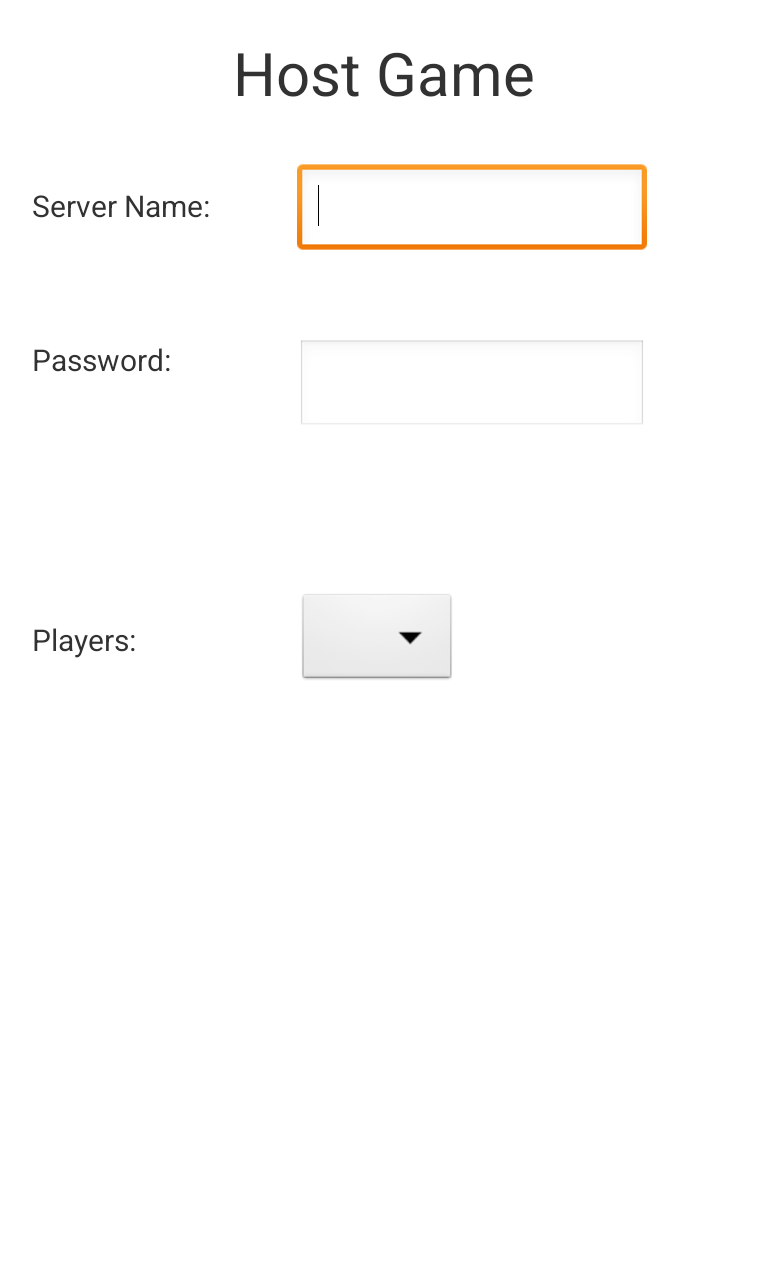
Repository: mfischetti/LaserAppRepository
Layout: workspace/Laser/res/layout/activity_host.xml
The author's editor kept a copy of each file at every save. The layout is drawn from the files as they stood at one save, then again after the next save.
It is drawn on a 768 x 1280 px phone screen (xhdpi) without system bars, with theme AppTheme; the app's code is not run.

Above is the layout before, as saved 2013-10-01 17:00:21.

### workspace/Laser/res/layout/activity_host.xml
<RelativeLayout xmlns:android="http://schemas.android.com/apk/res/android"
    xmlns:tools="http://schemas.android.com/tools"
    android:layout_width="match_parent"
    android:layout_height="match_parent"
    android:paddingBottom="@dimen/activity_vertical_margin"
    android:paddingLeft="@dimen/activity_horizontal_margin"
    android:paddingRight="@dimen/activity_horizontal_margin"
    android:paddingTop="@dimen/activity_vertical_margin"
    tools:context=".HostActivity" >

    <TextView
        android:id="@+id/title"
        android:layout_width="wrap_content"
        android:layout_height="wrap_content"
        android:layout_alignParentTop="true"
        android:layout_centerHorizontal="true"
        android:text="Host Game"
        android:textSize="30sp" />

    <TextView
        android:id="@+id/servername"
        android:layout_width="wrap_content"
        android:layout_height="wrap_content"
        android:layout_below="@+id/title"
        android:layout_marginTop="36dp"
        android:text="Server Name:"
        android:textSize="15sp" />

    <EditText
        android:id="@+id/name1"
        android:layout_width="wrap_content"
        android:layout_height="wrap_content"
        android:layout_alignBaseline="@+id/servername"
        android:layout_alignBottom="@+id/servername"
        android:layout_marginLeft="43dp"
        android:layout_toRightOf="@+id/servername"
        android:ems="10"
        android:textSize="15sp" >

        <requestFocus />
    </EditText>

    <Spinner
        android:id="@+id/players"
        android:layout_width="wrap_content"
        android:layout_height="50sp"
        android:layout_alignLeft="@+id/password"
        android:layout_centerVertical="true" />

    <EditText
        android:id="@+id/password"
        android:layout_width="wrap_content"
        android:layout_height="wrap_content"
        android:layout_alignLeft="@+id/name1"
        android:layout_alignTop="@+id/passwordname"
        android:ems="10"
        android:textSize="15sp" />

    <TextView
        android:id="@+id/passwordname"
        android:layout_width="wrap_content"
        android:layout_height="wrap_content"
        android:layout_alignLeft="@+id/servername"
        android:layout_below="@+id/name1"
        android:layout_marginTop="40dp"
        android:text="Password:"
        android:textSize="15sp" />

    <TextView
        android:id="@+id/playernumber"
        android:layout_width="wrap_content"
        android:layout_height="wrap_content"
        android:layout_alignLeft="@+id/passwordname"
        android:layout_centerVertical="true"
        android:text="Players:"
        android:textSize="15sp" />

</RelativeLayout>

Loaded but not shown: workspace/Laser/res/values/styles.xml (common file); workspace/Laser/res/values/dimens.xml (common file)

After the next save:
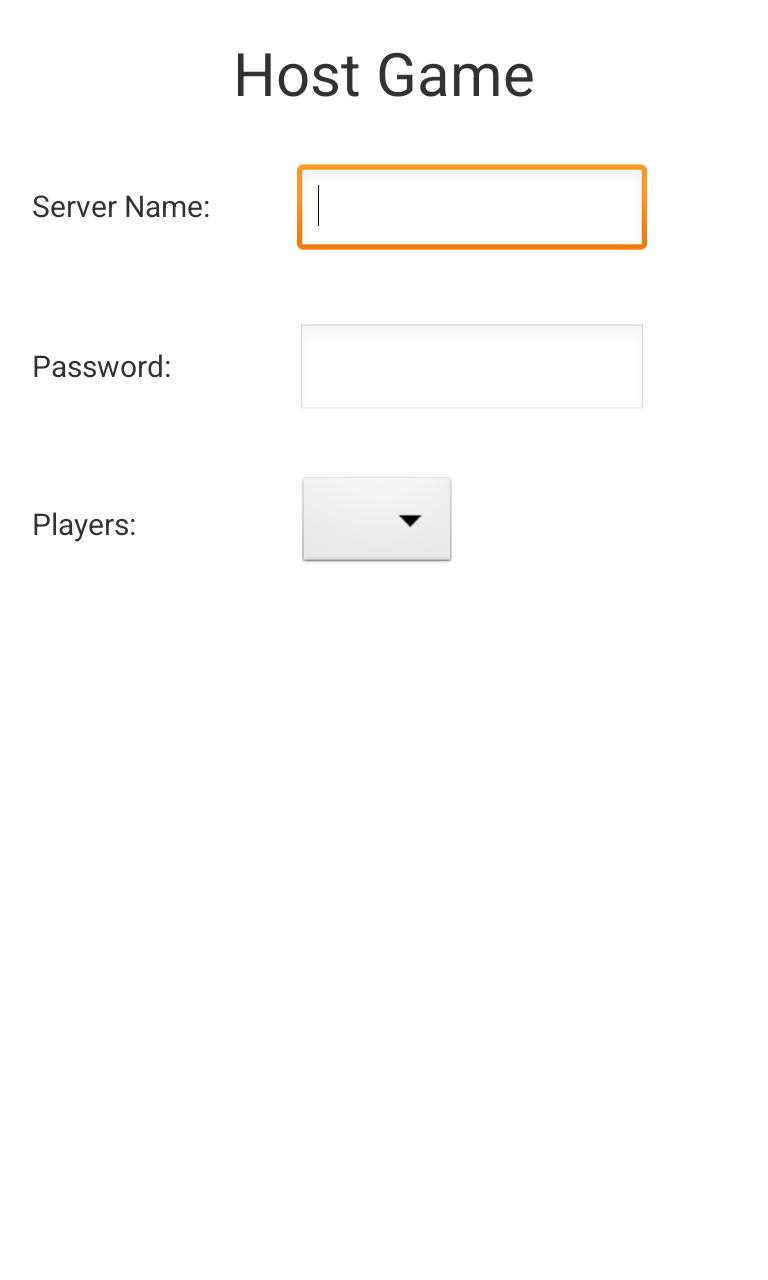
Saved 6 h 11 min later.
--- a/workspace/Laser/res/layout/activity_host.xml
+++ b/workspace/Laser/res/layout/activity_host.xml
@@ -40,19 +40,13 @@
         <requestFocus />
     </EditText>
 
-    <Spinner
-        android:id="@+id/players"
-        android:layout_width="wrap_content"
-        android:layout_height="50sp"
-        android:layout_alignLeft="@+id/password"
-        android:layout_centerVertical="true" />
-
     <EditText
         android:id="@+id/password"
         android:layout_width="wrap_content"
         android:layout_height="wrap_content"
+        android:layout_alignBaseline="@+id/passwordname"
+        android:layout_alignBottom="@+id/passwordname"
         android:layout_alignLeft="@+id/name1"
-        android:layout_alignTop="@+id/passwordname"
         android:ems="10"
         android:textSize="15sp" />
 
@@ -62,16 +56,25 @@
         android:layout_height="wrap_content"
         android:layout_alignLeft="@+id/servername"
         android:layout_below="@+id/name1"
-        android:layout_marginTop="40dp"
+        android:layout_marginTop="43dp"
         android:text="Password:"
         android:textSize="15sp" />
+
+    <Spinner
+        android:id="@+id/players"
+        android:layout_width="wrap_content"
+        android:layout_height="50sp"
+        android:layout_alignLeft="@+id/password"
+        android:layout_below="@+id/password"
+        android:layout_marginTop="27dp" />
 
     <TextView
         android:id="@+id/playernumber"
         android:layout_width="wrap_content"
         android:layout_height="wrap_content"
         android:layout_alignLeft="@+id/passwordname"
-        android:layout_centerVertical="true"
+        android:layout_alignTop="@+id/players"
+        android:layout_marginTop="15dp"
         android:text="Players:"
         android:textSize="15sp" />
 
